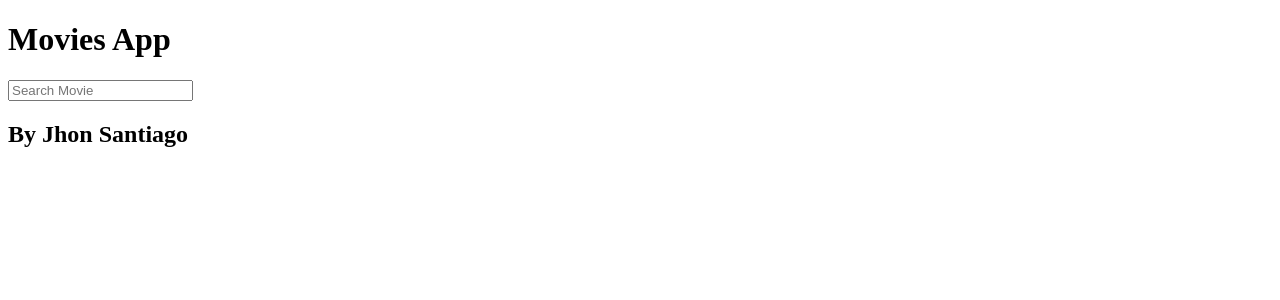
Repository: jhonenmanuel1/movies-get-info-fetch
Page: /
These files come from the project's save history. The page is drawn as it stood at one moment and after the next save; the edit follows.
The browser window is 1280 px wide. The pictures show the whole page.
The page's requests for data from a server got no answer. The project was rebuilt for these pictures with package versions that can differ from the ones it lists, and the page was loaded fresh each time. No one was signed in, and anything a server would have sent is missing. Also part of the build but not shown: src/App.css.

Above is the page before, as saved 2022-06-15 21:52:19.

After the next save:
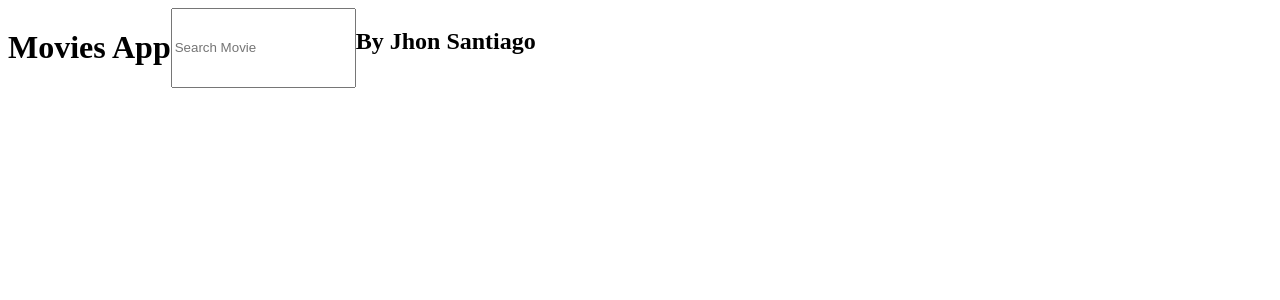
Saved 25 s later.
--- a/src/components/MovieHeader.js
+++ b/src/components/MovieHeader.js
@@ -4,7 +4,7 @@ import '../styles/MovieHeader.css'
 export default function MovieHeader(props) {
   return (
     <>
-      <div className="Wraper-Header">
+      <div className="wraper-header">
         <h1>Movies App</h1>
         <SearchBox
           searchItem={props.searchItem}
